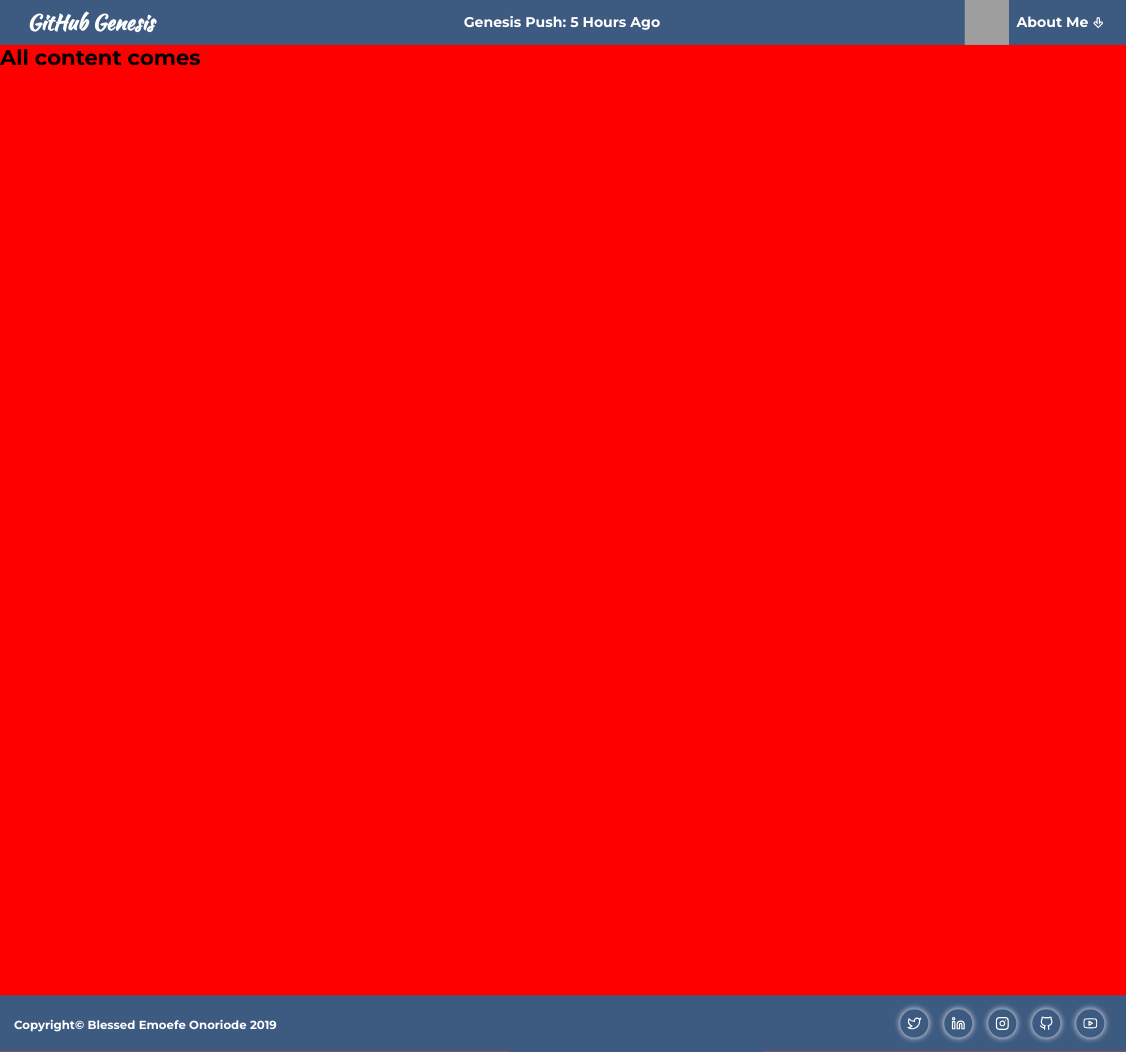
Repository: BlessedEmoefe/github-genesis
Page: /
These files come from the project's save history. The page is drawn as it stood at one moment and after the next save; the edit follows.
The browser window is 1280 px wide. The pictures show the whole page, at 88% of full size.
Pictures or frames that could not be fetched are drawn as grey boxes. The project was rebuilt for these pictures with package versions that can differ from the ones it lists, and the page was loaded fresh each time.

Above is the page before, as saved 2021-04-04 22:43:59.

After the next save:
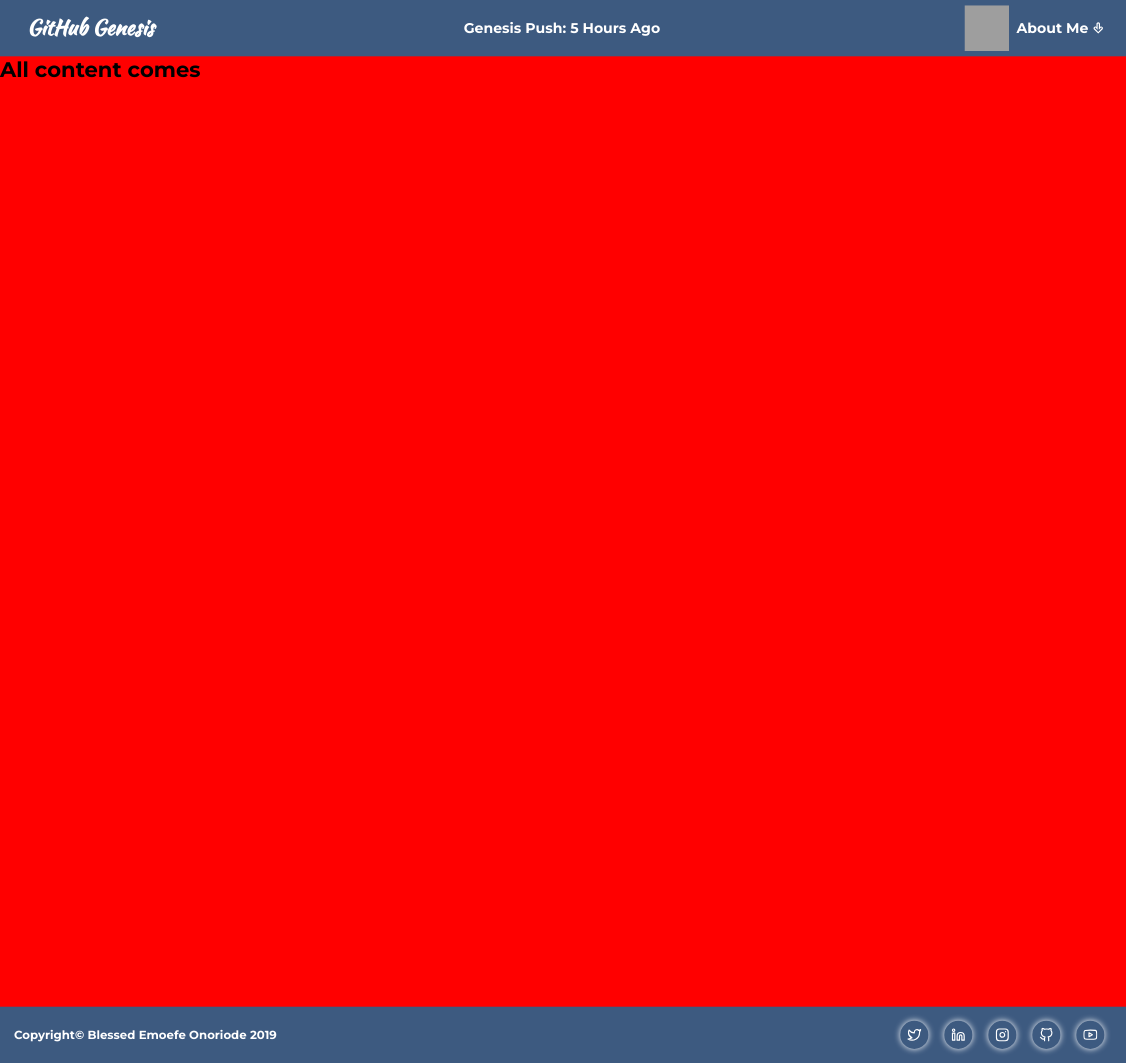
Saved 23 s later.
--- a/src/component/header/styles.js
+++ b/src/component/header/styles.js
@@ -8,7 +8,7 @@ export const HeaderStyles = styled.div`
   width: 100%;
   height: max-content;
   background: ${color.primary};
-  padding: 0 1.5rem;
+  padding: 0.4rem 1.5rem;
   color: white;
   font-size: 1rem;
 
@@ -19,13 +19,17 @@ export const HeaderStyles = styled.div`
     padding: 0.4rem;
     font-family: "Kaushan Script", cursive;
   }
+  .about {
+    font-weight: 700;
+    font-family: inherit;
+  }
   .timer {
     font-weight: 700;
   }
 
   @media (max-width: 650px) {
     font-size: 0.75rem;
-    padding: 0 0.5rem;
+    padding: 0.4rem 0.5rem;
     .timer {
       display: none;
     }
